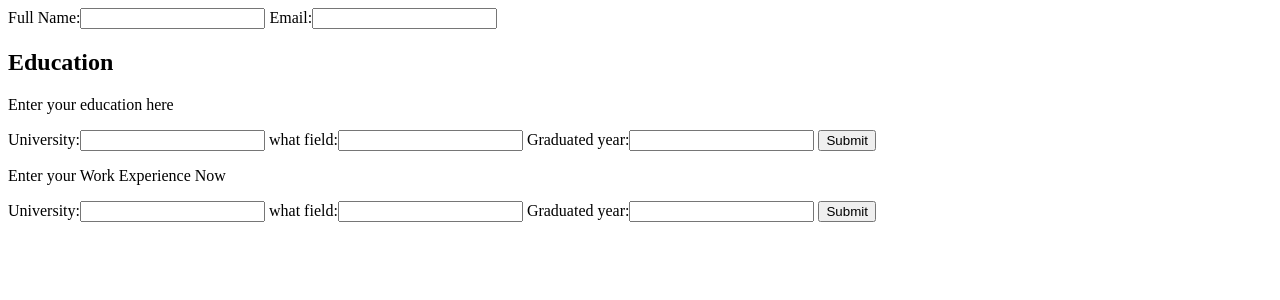
Repository: henokkeleta/SpringIt2
Page: WeekFour/WebContent/Resume1.html
The author's editor kept a copy of each file at every save. The page is drawn from the files as they stood at one save, then again after the next save.
The browser window is 1280 px wide. The pictures show the whole page.

Above is the page before, as saved 2017-06-15 18:09:56.

After the next save:
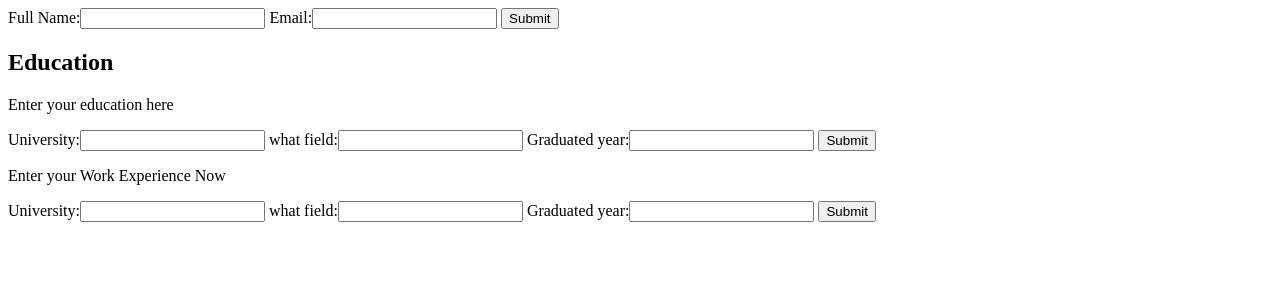
Saved 68 s later.
--- a/WeekFour/WebContent/Resume1.html
+++ b/WeekFour/WebContent/Resume1.html
@@ -8,7 +8,7 @@
 <form action = "Resume2.jsp" method = "post">
 Full Name:<input type = "text" name = "FullName" >
 Email:<input type = "text" name = "Email" >
-<!--<input type = "Submit" value = "Submit">-->
+<input type = "Submit" value = "Submit">
 </form>
 <h2>Education</h2>
 <p>Enter your education here</p>
